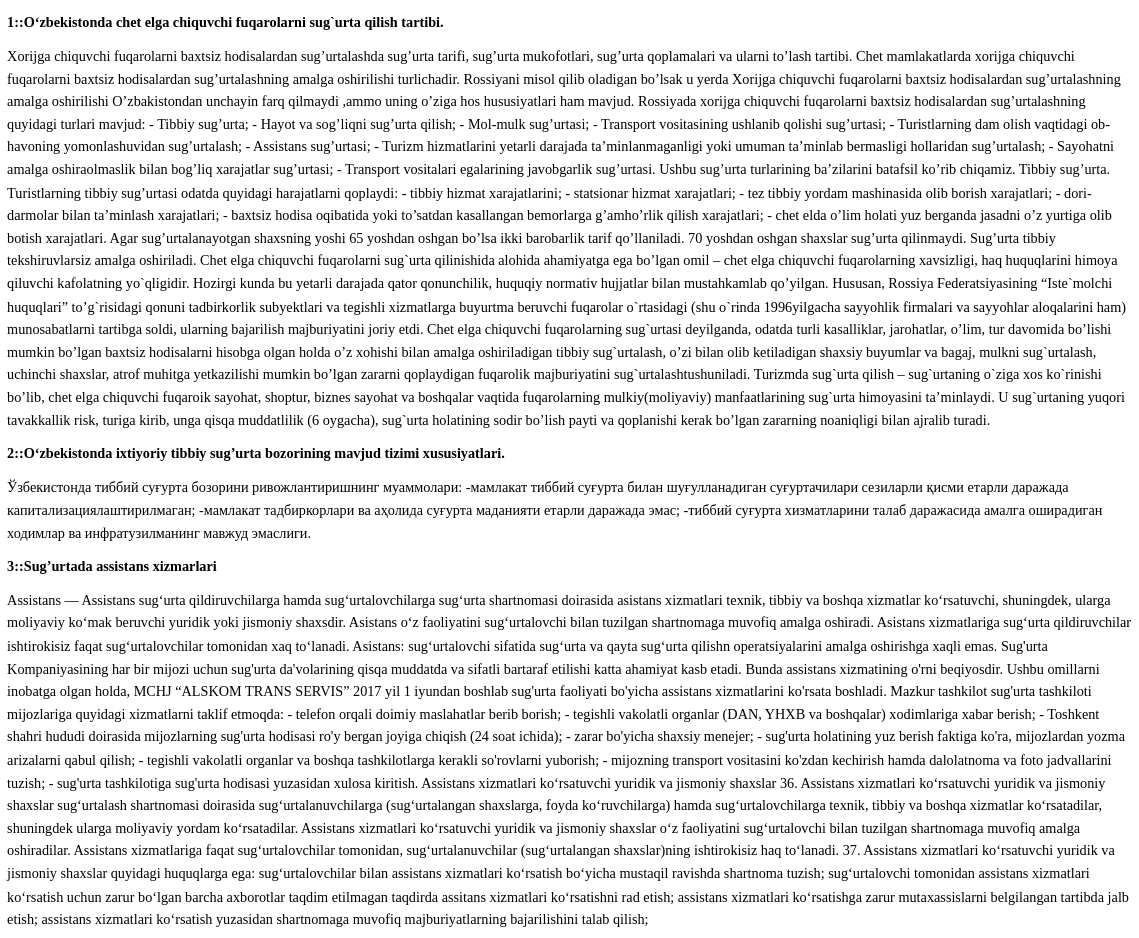
Repository: Ikromkhurozov/exam-inst
Page: index.html
The author's editor kept a copy of each file at every save. The page is drawn from the files as they stood at one save, then again after a run of saves.
The browser window is 1280 px wide. The pictures show the whole page, at 89% of full size.

Above is the page before, as saved 2023-05-21 15:33:32.

### index.html
<!DOCTYPE html>
<html lang="en">
<head>
  <meta charset="UTF-8">
  <meta http-equiv="X-UA-Compatible" content="IE=edge">
  <meta name="viewport" content="width=device-width, initial-scale=1.0">
  <title>Document</title>

  <style>
    div{
      line-height: 1.6;
    }

    h3{
      font-size: 16px;
    }
  </style>
</head>
<body>
    <h3>1::O‘zbekistonda chet elga chiquvchi fuqarolarni sug`urta qilish tartibi.</h3>
    <div>
      Xorijga chiquvchi fuqarolarni baxtsiz hodisalardan sug’urtalashda sug’urta tarifi,
      sug’urta mukofotlari, sug’urta qoplamalari va ularni to’lash tartibi.
      Chet mamlakatlarda xorijga chiquvchi fuqarolarni baxtsiz hodisalardan sug’urtalashning
      amalga oshirilishi turlichadir. Rossiyani misol qilib oladigan bo’lsak u yerda Xorijga chiquvchi
      fuqarolarni  baxtsiz  hodisalardan  sug’urtalashning  amalga  oshirilishi  O’zbakistondan  unchayin
      farq qilmaydi ,ammo uning o’ziga hos hususiyatlari ham mavjud.
      Rossiyada  xorijga  chiquvchi  fuqarolarni  baxtsiz hodisalardan  sug’urtalashning  quyidagi
      turlari mavjud:
      - Tibbiy sug’urta;
      - Hayot va sog’liqni sug’urta qilish;
      - Mol-mulk sug’urtasi;
      - Transport vositasining ushlanib qolishi sug’urtasi;
      - Turistlarning dam olish vaqtidagi ob- havoning yomonlashuvidan sug’urtalash;
      - Assistans sug’urtasi;
      - Turizm  hizmatlarini  yetarli  darajada  ta’minlanmaganligi  yoki  umuman  ta’minlab
      bermasligi hollaridan sug’urtalash;
      - Sayohatni amalga oshiraolmaslik bilan bog’liq xarajatlar sug’urtasi;
      - Transport vositalari egalarining javobgarlik sug’urtasi.
      Ushbu sug’urta turlarining ba’zilarini batafsil ko’rib chiqamiz.
      Tibbiy sug’urta. Turistlarning tibbiy sug’urtasi odatda quyidagi harajatlarni qoplaydi:
      -  tibbiy hizmat xarajatlarini;
      -  statsionar hizmat xarajatlari;
      - tez tibbiy yordam mashinasida olib borish xarajatlari;
      - dori-darmolar bilan ta’minlash xarajatlari;
      -  baxtsiz  hodisa  oqibatida  yoki  to’satdan  kasallangan  bemorlarga  g’amho’rlik  qilish
      xarajatlari;
      - chet elda o’lim holati yuz berganda jasadni o’z yurtiga olib botish xarajatlari.
      Agar sug’urtalanayotgan shaxsning yoshi 65 yoshdan oshgan bo’lsa ikki barobarlik tarif
      qo’llaniladi.  70  yoshdan  oshgan  shaxslar  sug’urta  qilinmaydi.  Sug’urta  tibbiy  tekshiruvlarsiz
      amalga oshiriladi.

      Chet elga chiquvchi fuqarolarni sug`urta qilinishida alohida ahamiyatga ega bo’lgan omil – chet elga chiquvchi fuqarolarning xavsizligi, haq huquqlarini himoya qiluvchi kafolatning yo`qligidir.

      Hozirgi kunda bu yetarli darajada qator qonunchilik, huquqiy normativ hujjatlar bilan mustahkamlab qo’yilgan. Hususan, Rossiya Federatsiyasining “Iste`molchi huquqlari” to’g`risidagi qonuni tadbirkorlik subyektlari va tegishli xizmatlarga buyurtma beruvchi fuqarolar o`rtasidagi (shu o`rinda 1996yilgacha sayyohlik firmalari va sayyohlar aloqalarini ham) munosabatlarni tartibga soldi, ularning bajarilish majburiyatini joriy etdi.

      Chet elga chiquvchi fuqarolarning sug`urtasi deyilganda, odatda turli kasalliklar, jarohatlar, o’lim, tur davomida bo’lishi mumkin bo’lgan baxtsiz hodisalarni hisobga olgan holda o’z xohishi bilan amalga oshiriladigan tibbiy sug`urtalash, o’zi bilan olib ketiladigan shaxsiy buyumlar va bagaj, mulkni sug`urtalash, uchinchi shaxslar, atrof muhitga yetkazilishi mumkin bo’lgan zararni qoplaydigan fuqarolik majburiyatini sug`urtalashtushuniladi.

      Turizmda sug`urta qilish – sug`urtaning o`ziga xos ko`rinishi bo’lib, chet elga chiquvchi fuqaroik sayohat, shoptur, biznes sayohat va boshqalar vaqtida fuqarolarning mulkiy(moliyaviy) manfaatlarining sug`urta himoyasini ta’minlaydi. U sug`urtaning yuqori tavakkallik risk, turiga kirib, unga qisqa muddatlilik (6 oygacha), sug`urta holatining sodir bo’lish payti va qoplanishi kerak bo’lgan zararning noaniqligi bilan ajralib turadi.

    </div>

    <h3>2::O‘zbekistonda ixtiyoriy tibbiy sugʼurta bozorining mavjud tizimi xususiyatlari.</h3>
    <div>
     Ўзбекистонда тиббий суғурта бозорини ривожлантиришнинг муаммолари:
     -мамлакат тиббий суғурта билан шуғулланадиган суғуртачилари сезиларли қисми етарли даражада капитализациялаштирилмаган;
    -мамлакат тадбиркорлари ва  аҳолида суғурта маданияти етарли даражада эмас;
    -тиббий суғурта хизматларини талаб даражасида амалга оширадиган ходимлар ва инфратузилманинг мавжуд эмаслиги.



    </div>

    <h3>3::Sug’urtada assistans xizmarlari</h3>
    <div>
      Assistans — Assistans sugʻurta qildiruvchilarga hamda
      sugʻurtalovchilarga sugʻurta shartnomasi doirasida asistans
      xizmatlari texnik, tibbiy va boshqa xizmatlar koʻrsatuvchi, shuningdek,
      ularga moliyaviy koʻmak beruvchi yuridik yoki jismoniy shaxsdir.
      Asistans oʻz faoliyatini sugʻurtalovchi bilan tuzilgan shartnomaga
      muvofiq amalga oshiradi. Asistans xizmatlariga sugʻurta
      qildiruvchilar ishtirokisiz faqat sugʻurtalovchilar tomonidan xaq
      toʻlanadi. Asistans: sugʻurtalovchi sifatida sugʻurta va qayta sugʻurta
      qilishn operatsiyalarini amalga oshirishga xaqli emas.

      Sug'urta Kompaniyasining har bir mijozi uchun sug'urta
      da'volarining qisqa muddatda va sifatli bartaraf etilishi katta
      ahamiyat kasb etadi. Bunda assistans xizmatining o'rni
      beqiyosdir. Ushbu omillarni inobatga olgan holda, MCHJ
      “ALSKOM TRANS SERVIS” 2017 yil 1 iyundan boshlab sug'urta
      faoliyati bo'yicha assistans xizmatlarini ko'rsata boshladi.

      Mazkur tashkilot sug'urta tashkiloti mijozlariga quyidagi xizmatlarni taklif
      etmoqda:
      - telefon orqali doimiy maslahatlar berib borish;
      - tegishli vakolatli organlar (DAN, YHXB va boshqalar) xodimlariga xabar berish;
      - Toshkent shahri hududi doirasida mijozlarning sug'urta hodisasi ro'y bergan
      joyiga chiqish (24 soat ichida);
      - zarar bo'yicha shaxsiy menejer;
      - sug'urta holatining yuz berish faktiga ko'ra, mijozlardan yozma arizalarni
      qabul qilish;
      - tegishli vakolatli organlar va boshqa tashkilotlarga kerakli so'rovlarni
      yuborish;
      - mijozning transport vositasini ko'zdan kechirish hamda dalolatnoma va foto
      jadvallarini tuzish;
      - sug'urta tashkilotiga sug'urta hodisasi yuzasidan xulosa kiritish.

      Assistans xizmatlari ko‘rsatuvchi yuridik va jismoniy shaxslar
      36. Assistans xizmatlari ko‘rsatuvchi yuridik va jismoniy shaxslar sug‘urtalash
      shartnomasi doirasida sug‘urtalanuvchilarga (sug‘urtalangan shaxslarga, foyda
      ko‘ruvchilarga) hamda sug‘urtalovchilarga texnik, tibbiy va boshqa xizmatlar
      ko‘rsatadilar, shuningdek ularga moliyaviy yordam ko‘rsatadilar.
      Assistans xizmatlari ko‘rsatuvchi yuridik va jismoniy shaxslar o‘z faoliyatini
      sug‘urtalovchi bilan tuzilgan shartnomaga muvofiq amalga oshiradilar.
      Assistans xizmatlariga faqat sug‘urtalovchilar tomonidan, sug‘urtalanuvchilar
      (sug‘urtalangan shaxslar)ning ishtirokisiz haq to‘lanadi.
      37. Assistans xizmatlari ko‘rsatuvchi yuridik va jismoniy shaxslar quyidagi huquqlarga ega:
      sug‘urtalovchilar bilan assistans xizmatlari ko‘rsatish bo‘yicha mustaqil ravishda
      shartnoma tuzish;
      sug‘urtalovchi tomonidan assistans xizmatlari ko‘rsatish uchun zarur bo‘lgan
      barcha axborotlar taqdim etilmagan taqdirda assitans xizmatlari ko‘rsatishni rad
      etish;
      assistans xizmatlari ko‘rsatishga zarur mutaxassislarni belgilangan tartibda jalb
      etish;
      assistans xizmatlari ko‘rsatish yuzasidan shartnomaga muvofiq majburiyatlarning
      bajarilishini talab qilish;
    </div>
</body>
</html>

After the next 2 saves:
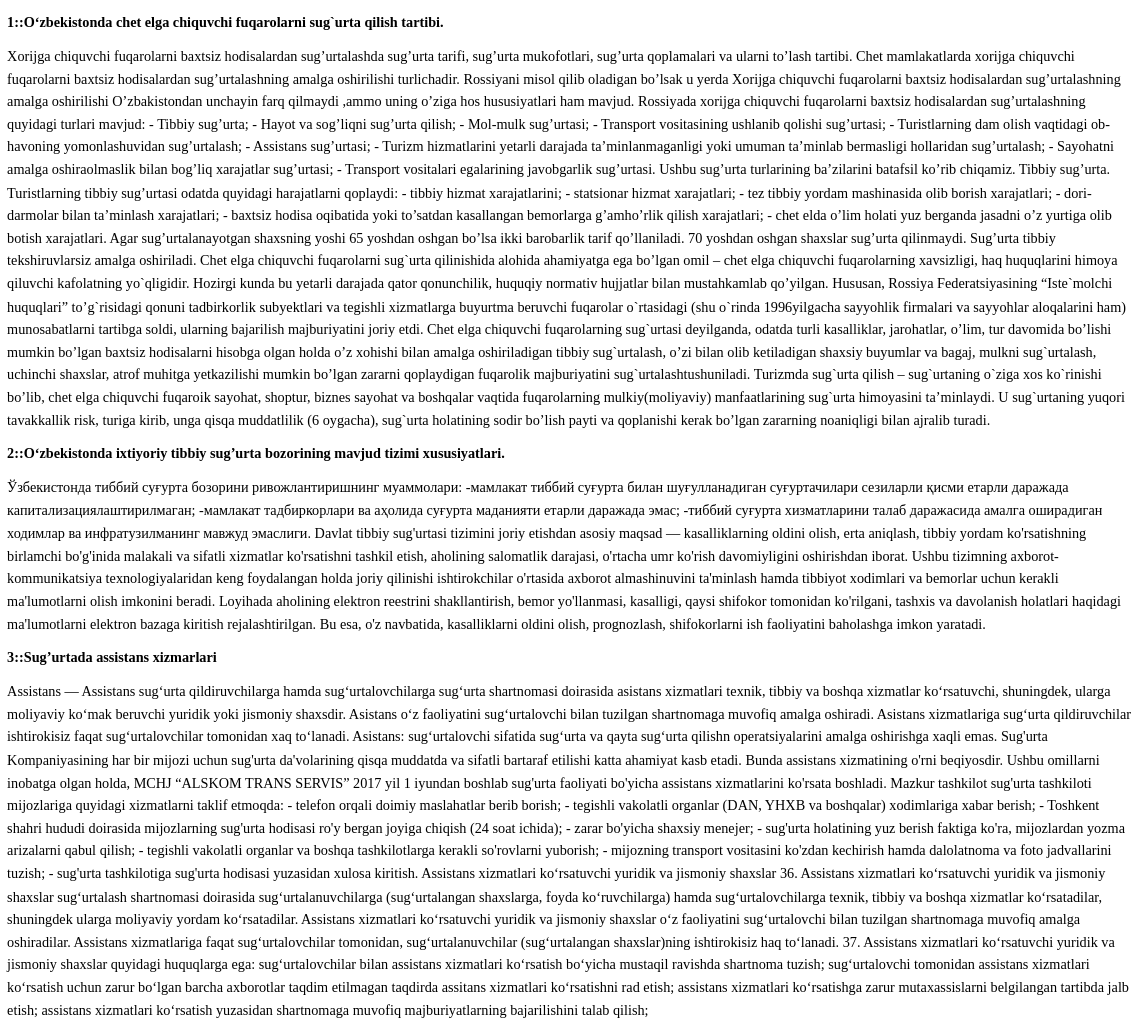
The 2 saves are shown as one change because they came seconds apart.
The last was saved 8 min 20 s later.
--- a/index.html
+++ b/index.html
@@ -67,6 +67,9 @@
     -мамлакат тадбиркорлари ва  аҳолида суғурта маданияти етарли даражада эмас;
     -тиббий суғурта хизматларини талаб даражасида амалга оширадиган ходимлар ва инфратузилманинг мавжуд эмаслиги.
 
+    Davlat tibbiy sug'urtasi tizimini joriy etishdan asosiy maqsad — kasalliklarning oldini olish, erta aniqlash, tibbiy yordam ko'rsatishning birlamchi bo'g'inida malakali va sifatli xizmatlar ko'rsatishni tashkil etish, aholining salomatlik darajasi, o'rtacha umr ko'rish davomiyligini oshirishdan iborat. Ushbu tizimning axborot-kommunikatsiya texnologiyalaridan keng foydalangan holda joriy qilinishi ishtirokchilar o'rtasida axborot almashinuvini ta'minlash hamda tibbiyot xodimlari va bemorlar uchun kerakli ma'lumotlarni olish imkonini beradi.
+
+Loyihada aholining elektron reestrini shakllantirish, bemor yo'llanmasi, kasalligi, qaysi shifokor tomonidan ko'rilgani, tashxis va davolanish holatlari haqidagi ma'lumotlarni elektron bazaga kiritish rejalashtirilgan. Bu esa, o'z navbatida, kasalliklarni oldini olish, prognozlash, shifokorlarni ish faoliyatini baholashga imkon yaratadi.
 
 
     </div>
